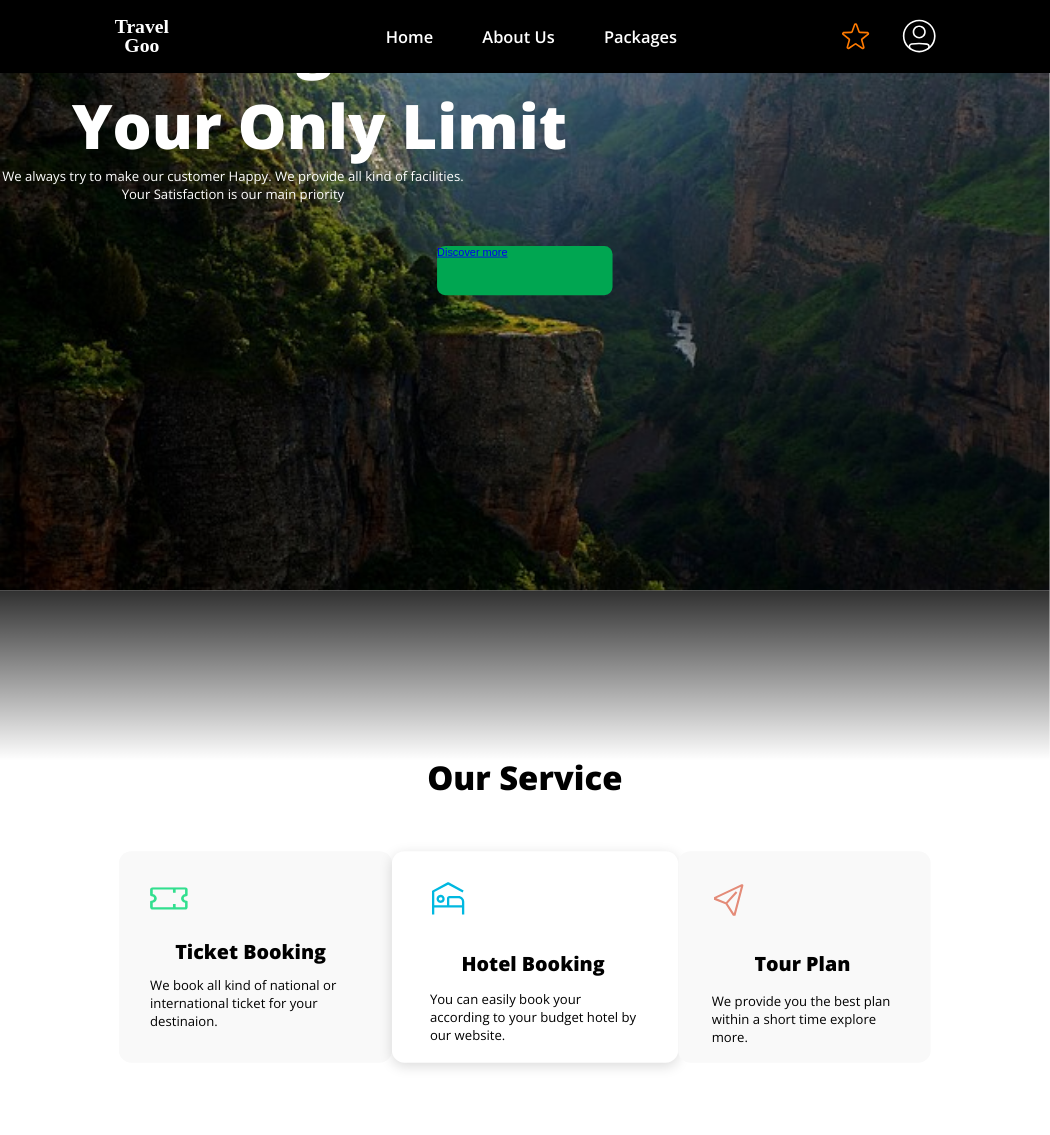
Repository: simralgasimov/back-project
Page: index.html
These files come from the project's save history. The page is drawn as it stood at one moment and after the next save; the edit follows.
The browser window is 1280 px wide. The pictures show the whole page, at 82% of full size.
Some web fonts or font styles are not loaded; a fallback is used.

Above is the page before, as saved 2023-09-27 13:33:40.

### index.html
<!DOCTYPE html>
<html lang="en">
  <head>
    <meta charset="UTF-8" />
    <meta name="viewport" content="width=device-width, initial-scale=1.0" />
    <title>Document</title>
    <link rel="stylesheet" href="./index.css" />
  </head>
  <body>
    <div class="container">
      <div class="navbar">
        <div class="logo">
          Travel
          <div>Goo</div>
        </div>
        <div class="menu">
          <ul>
            <li>Home</li>
            <li>About Us</li>
            <li>Packages</li>
          </ul>
        </div>
        <div class="icon">
            <img src="./clarity_favorite-line.svg" alt="" />
            <img src="./healthicons_ui-user-profile-outline.svg" alt="" />
        </div>
      </div>
      <div class="container-1">
        <!-- <div class="box">
          <h1>Your Imagination Is Your Only Limit</h1>
        </div>

        <div class="text-box">
          <p>
            We always try to make our customer Happy. We provide all kind of
            facilities. Your Satisfaction is our main priority
          </p>
        </div>

        <div class="button"><a href="#">Discover more</a></div> -->

        <h1>Your Imagination Is Your Only Limit</h1>
        <p>
          We always try to make our customer Happy. We provide all kind of
          facilities. Your Satisfaction is our main priority
        </p>
        <button>
          <a href="#">Discover more</a>        </button>
      </div>
    </div>

    <div class="container-2">
      <h2>Our Service</h2>
      <div class="services">
        <div class="ticket">
          <img src="./Vector.svg" alt="" />
          <h1>Ticket Booking</h1>
          <p>
            We book all kind of national or international ticket for your
            destinaion.
          </p>
        </div>
        <div class="hotel">
          <img src="./carbon_hotel.svg" alt="" />
          <h1>Hotel Booking</h1>
          <p>
            You can easily book your according to your budget hotel by our
            website.
          </p>
        </div>
        <div class="tour">
          <img src="./cil_paper-plane.svg" alt="" />
          <h1>Tour Plan</h1>
          <p>We provide you the best plan within a short time explore more.</p>
        </div>
      </div>
    </div>
  </body>
</html>

### index.css
@import url("https://fonts.googleapis.com/css2?family=Laila:wght@400;600;700&family=Open+Sans:wght@400;600;800&display=swap");
* {
  padding: 0;
  margin: 0;
  box-sizing: border-box;
}

.container {
  /* position: relative;
  z-index: 0; */
  /* padding: 32px 145px 63px 100px; */
  min-height: 100vh;
  width: 100%;
  background-image: url("./canyon-1740973_640.jpg");
  background-repeat: no-repeat;
  background-size: 100% 100%;
}

.container .navbar {
  width: 100%;
  padding: 20px 135px;
  display: flex;
  justify-content: space-between;
  align-items: center;
  /* margin: auto; */
  position: fixed;
  top: 0;
  background-color: black;
}

.container .navbar .logo {
  width: 76px;
  color: #fff;
  text-align: center;
  font-family: Laila;
  font-size: 24px;
  font-style: normal;
  font-weight: 700;
  line-height: 102.5%; /* 24.6px */
}

.container .navbar .menu ul {
  list-style-type: none;
  display: flex;
}

.container .navbar .menu ul li {
  color: #fff;
  font-family: Open Sans;
  font-size: 20px;
  font-style: normal;
  font-weight: 600;
  line-height: normal;
  justify-content: space-between;
  margin-left: 60px;
}

.container .navbar .icon {
  display: flex;
  justify-content: space-between;
  align-items: center;
}

.container .navbar .icon img:first-child {
  margin-right: 36px;
  width: 36px;
  height: 36px;
}
.container .navbar .icon img:last-child {
  width: 48px;
  height: 48px;
}

.container .box {
  display: flex;
  justify-content: center;
  text-align: center;
}
.container .container-1 h1 {
  width: 779px;
  color: #fff;
  text-align: center;
  font-family: Open Sans;
  font-size: 75px;
  font-style: normal;
  font-weight: 800;
  line-height: normal;
  /* margin-top: 250px; */
}

.container .text-box {
  margin-top: 57px;
  display: flex;
  justify-content: center;
  text-align: center;
}
.container .container-1  p {
  width: 568px;
  color: #fff;
  text-align: center;
  font-family: Open Sans;
  font-size: 16px;
  font-style: normal;
  font-weight: 400;
  line-height: normal;
}

.container .container-1  button {
  border: none;
  width: 214px;
  height: 60px;
  border-radius: 10px;
  background: #00a651;
  display: flex;
  margin: auto;
  margin-top: 52px;
}

.container .button a {
  /* display: flex;
    justify-content: center;
    text-align: center;
    align-items: center; */
  margin: auto;
  text-decoration: none;
  color: #fff;
  text-align: center;
  font-family: Open Sans;
  font-size: 24px;
  font-style: normal;
  font-weight: 600;
  line-height: normal;
}

.container-2 {
  padding: 200px 145px 88px 145px;
  background: linear-gradient(
    180deg,
    rgba(0, 0, 0, 0.81) 0%,
    rgba(72, 72, 72, 0) 31.25%,
    rgba(158, 158, 158, 0) 77.6%,
    #fff 85.42%
  );
}

.container-2 h2 {
  margin-bottom: 63px;
  /* display: flex;
        text-align: center;
        justify-content: center; */
  color: #000;
  text-align: center;
  font-family: Open Sans;
  font-size: 40px;
  font-style: normal;
  font-weight: 700;
  line-height: normal;
}

.container-2 .services {
  display: flex;
  /* margin: auto; */
  justify-content: space-between;
}

.container-2 .services .ticket {
  padding: 44px 50px 20px 38px;
  /* width: 416px;
height: 232px; */
  border-radius: 15px;
  background: #f9f9f9;
}

.container-2 .services .ticket h1 {
  margin-top: 30px;
  margin-bottom: 13px;
  color: #000;
  text-align: center;
  font-family: Open Sans;
  font-size: 24px;
  font-style: normal;
  font-weight: 700;
  line-height: normal;
}

.container-2 .services .ticket p {
  color: #000;
  font-family: Open Sans;
  font-size: 16px;
  font-style: normal;
  font-weight: 400;
  line-height: normal;
}

.container-2 .services .hotel {
  padding: 35px 51px 20px 46px;
  border-radius: 15px;
  background: #fff;
  box-shadow: 0px 4px 16px 0px rgba(0, 0, 0, 0.15);
}

.container-2 .services .hotel h1 {
  margin-top: 36px;
  margin-bottom: 16px;
  color: #000;
  text-align: center;
  font-family: Open Sans;
  font-size: 24px;
  font-style: normal;
  font-weight: 700;
  line-height: normal;
}

.container-2 .services .hotel p {
  color: #000;
  font-family: Open Sans;
  font-size: 16px;
  font-style: normal;
  font-weight: 400;
  line-height: normal;
}

.container-2 .services .tour {
  padding: 39px 46px 20px 41px;
  border-radius: 15px;
  background: #f9f9f9;
}

.container-2 .services .tour h1 {
  margin-top: 36px;
  margin-bottom: 19px;
  color: #000;
  text-align: center;
  font-family: Open Sans;
  font-size: 24px;
  font-style: normal;
  font-weight: 700;
  line-height: normal;
}
.container-2 .services .tour p {
  color: #000;
  font-family: Open Sans;
  font-size: 16px;
  font-style: normal;
  font-weight: 400;
  line-height: normal;
}

After the next save:
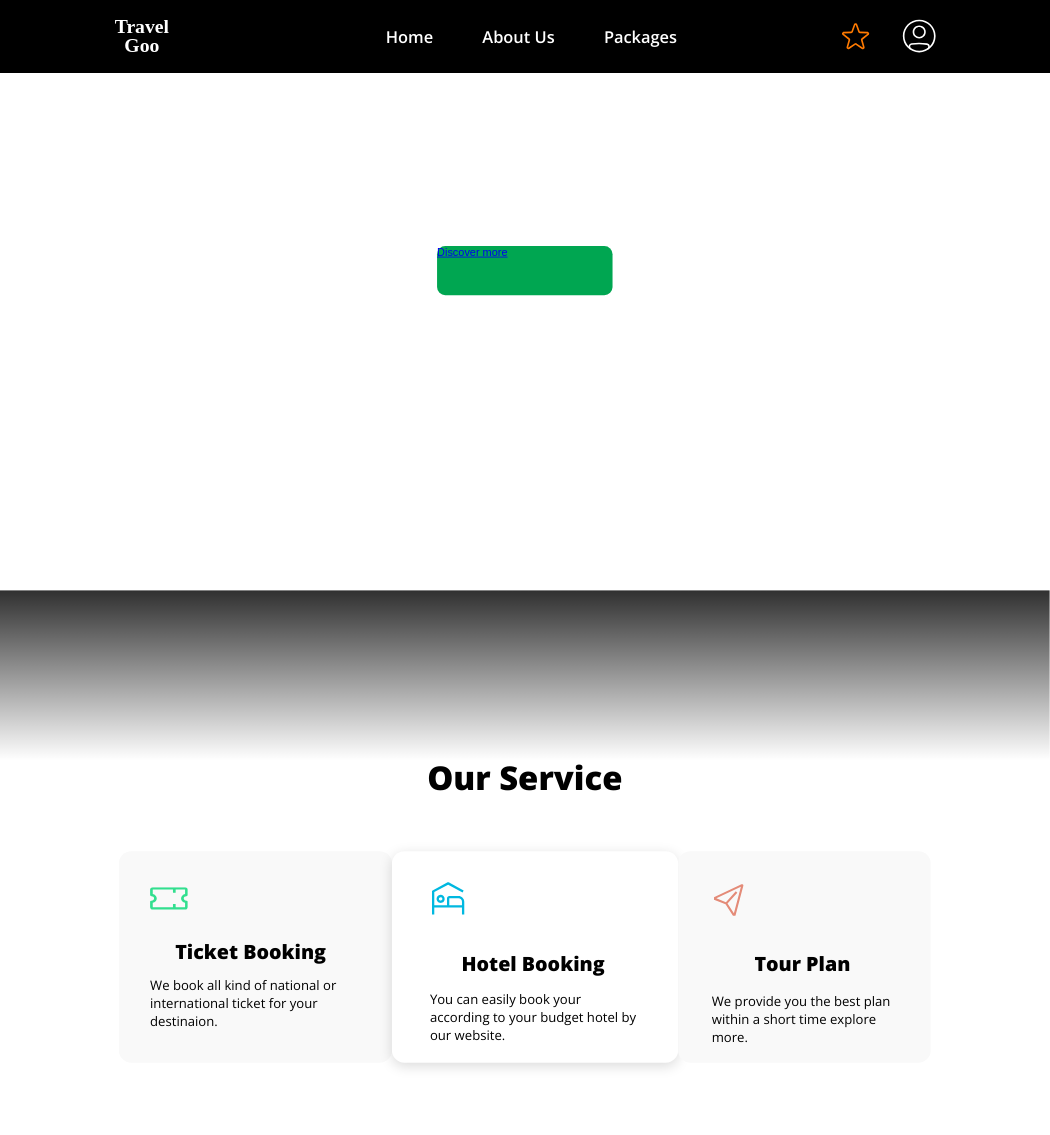
Saved 103 s later.
--- a/index.css
+++ b/index.css
@@ -11,9 +11,7 @@
   /* padding: 32px 145px 63px 100px; */
   min-height: 100vh;
   width: 100%;
-  background-image: url("./canyon-1740973_640.jpg");
-  background-repeat: no-repeat;
-  background-size: 100% 100%;
+
 }
 
 .container .navbar {
